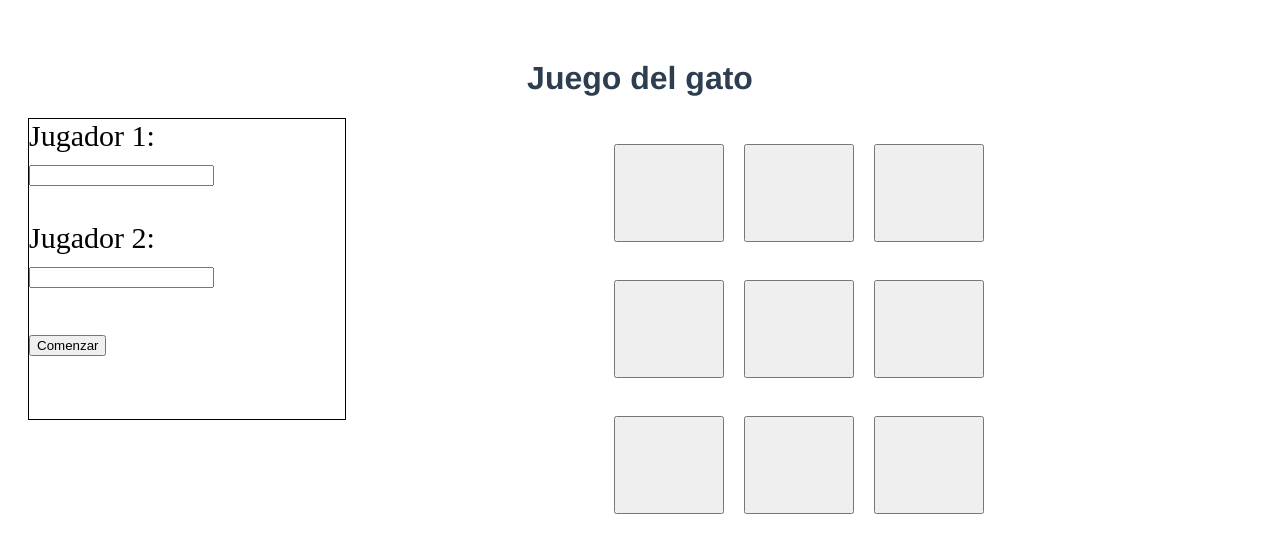
Repository: franciscamanquecheo/Taller-2
Page: / (app in vite-project/)
The author's editor kept a copy of each file at every save. The page is drawn from the files as they stood at one save, then again after the next save.
The browser window is 1280 px wide. The pictures show the whole page.
The project was rebuilt for these pictures with package versions that can differ from the ones it lists, and the page was loaded fresh each time. Also part of the build but not shown: vite-project/vite.config.ts.

Above is the page before, as saved 2022-06-17 17:51:56.

After the next save:
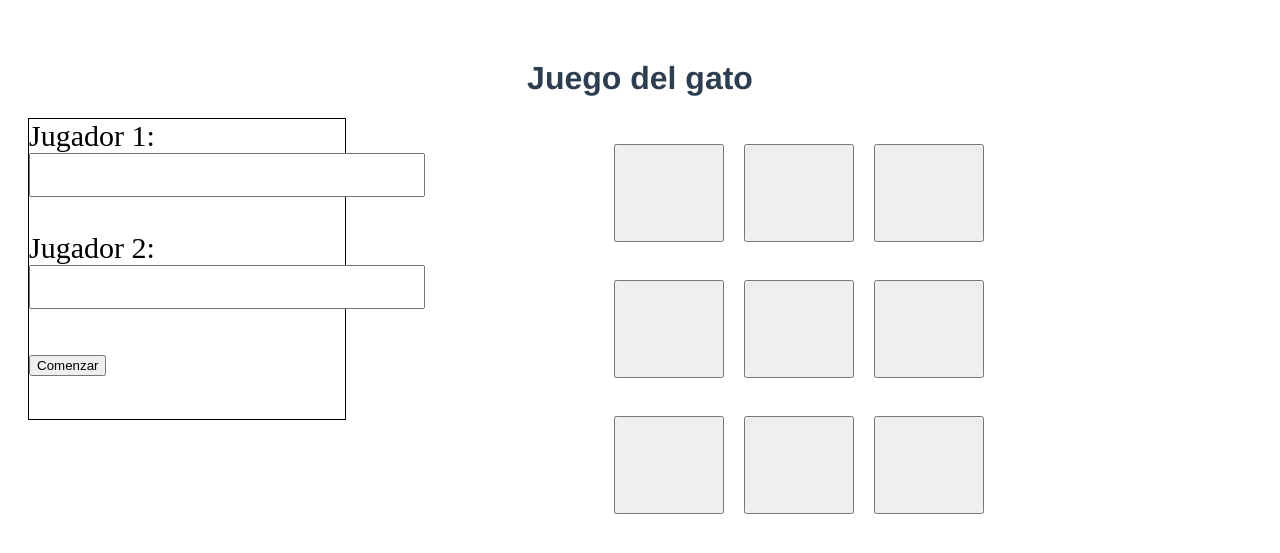
Saved 2 min 58 s later.
--- a/vite-project/src/App.vue
+++ b/vite-project/src/App.vue
@@ -74,14 +74,17 @@ article#Tablero{
    text-align: right;
 }
 article#Tablero input{
- color:aquamarine;
+
   font-size: 5em;
   height: 100 px;
   width: 110px;
   margin: 10px;
 
-
-
+}
+input[type="text"]{
+  font-size: 1em;
+  margin: 0.2 em;
+  padding: 0.1em;
 }
 
 
